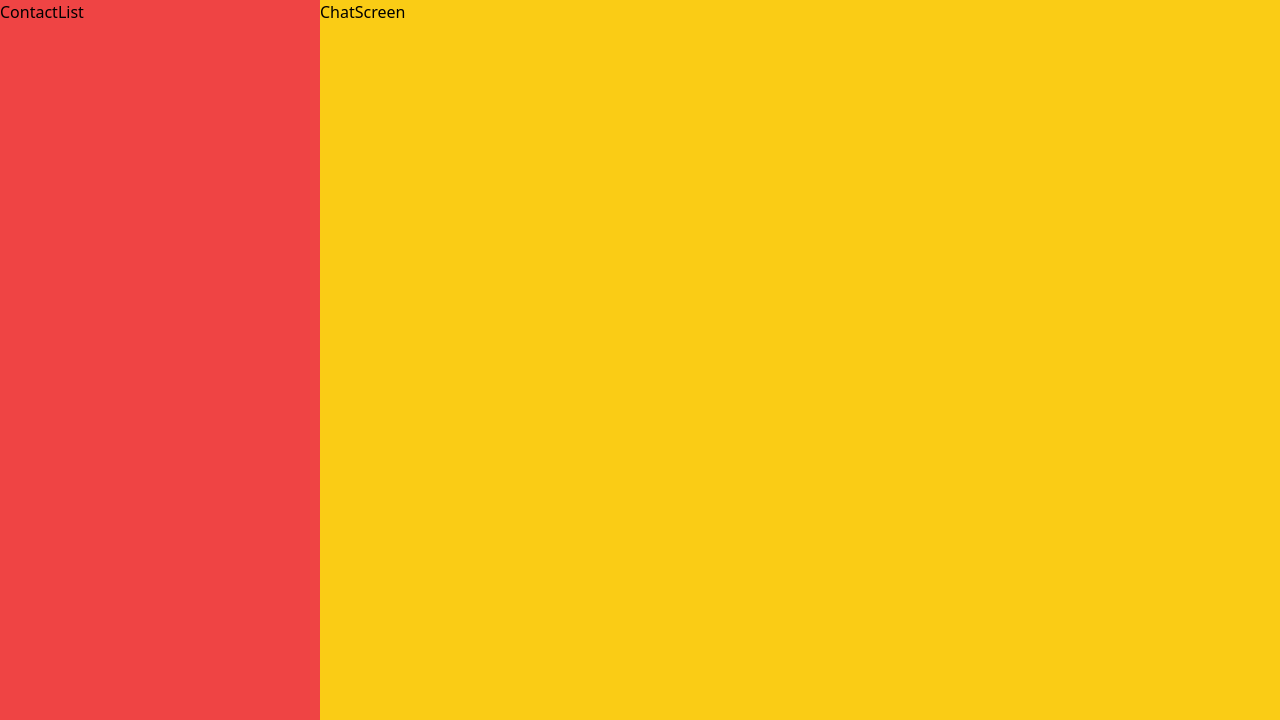
Repository: theanmol-raj/whatsapp
Page: /
These files come from the project's save history. The page is drawn as it stood at one moment and after the next save; the edit follows.
The browser window is 1280 px wide. The pictures show the whole page.
The project was rebuilt for these pictures with package versions that can differ from the ones it lists, and the page was loaded fresh each time.

Above is the page before, as saved 2022-12-02 22:10:30.

After the next save:
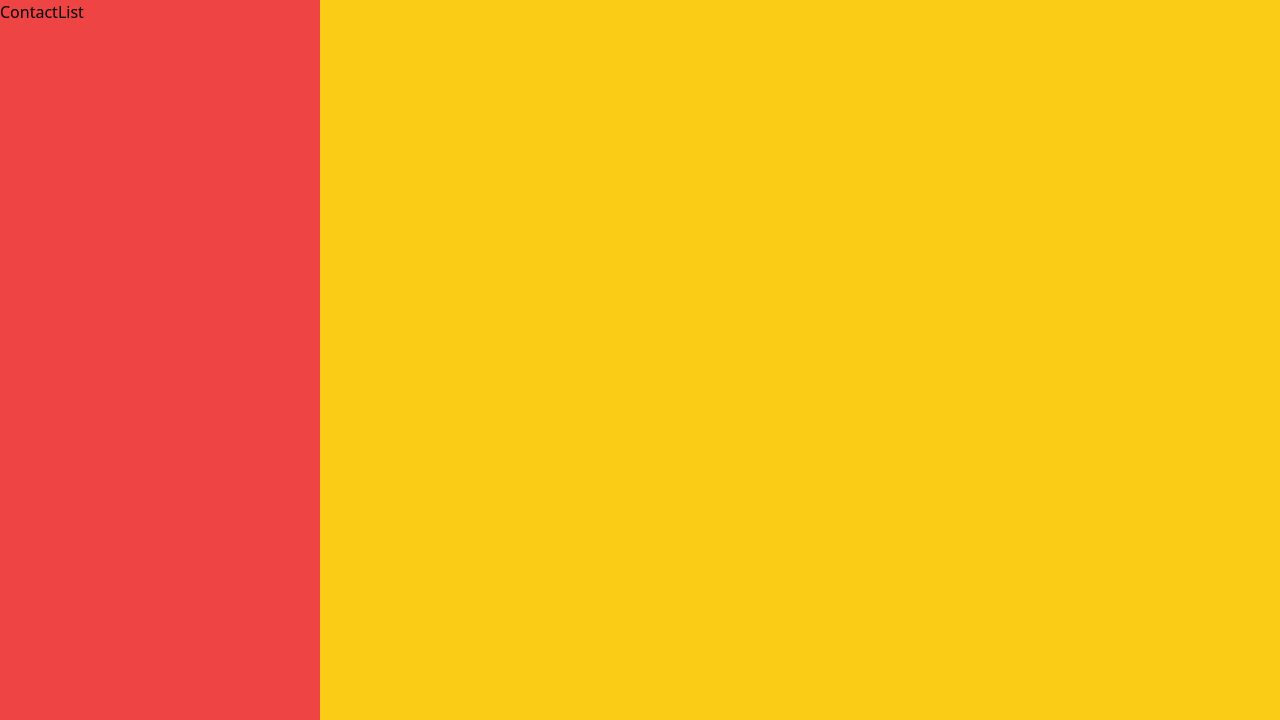
Saved 42 s later.
--- a/src/Components/ChatScreen.jsx
+++ b/src/Components/ChatScreen.jsx
@@ -2,7 +2,9 @@ import React from 'react'
 
 function ChatScreen() {
   return (
-    <div className=' bg-yellow-400 col-span-3'>ChatScreen</div>
+    <div className=' bg-yellow-400 col-span-3 relative'>
+
+    </div>
   )
 }
 
